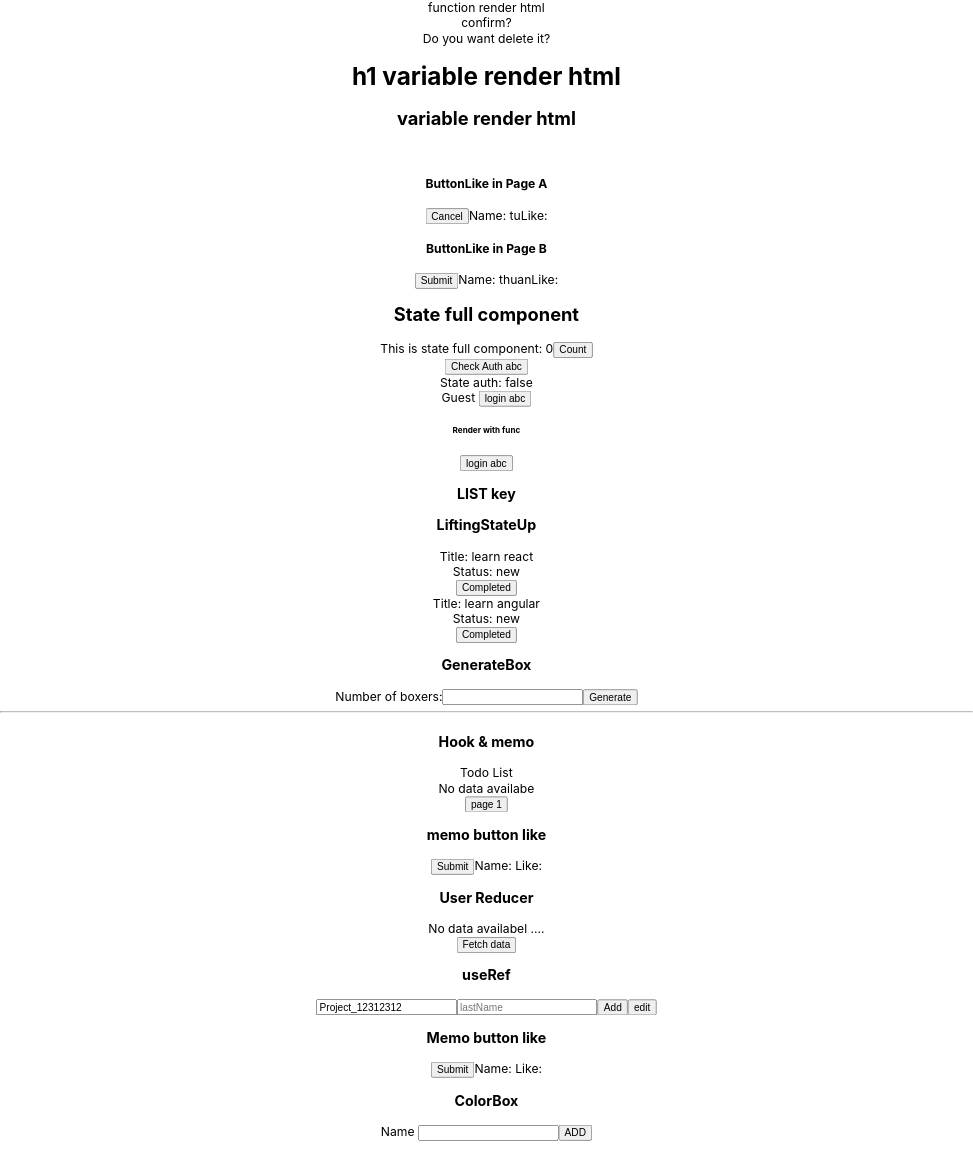
Repository: HoangTu18/reactjs-exercise
Page: /
An editor plug-in stored every save of this project. The page is shown before and after a run of saves, followed by the edit.
The browser window is 1280 px wide. The pictures show the whole page, at 76% of full size.
The page's requests for data from a server got no answer. The project was rebuilt for these pictures with package versions that can differ from the ones it lists, and the page was loaded fresh each time. No one was signed in, and anything a server would have sent is missing. Also part of the build but not shown: src/pages/StateObject.jsx, src/components/GenerateBox/GenerateBoxItem.jsx.

Above is the page before, as saved 2022-06-15 15:16:54.

After the next 2 saves:
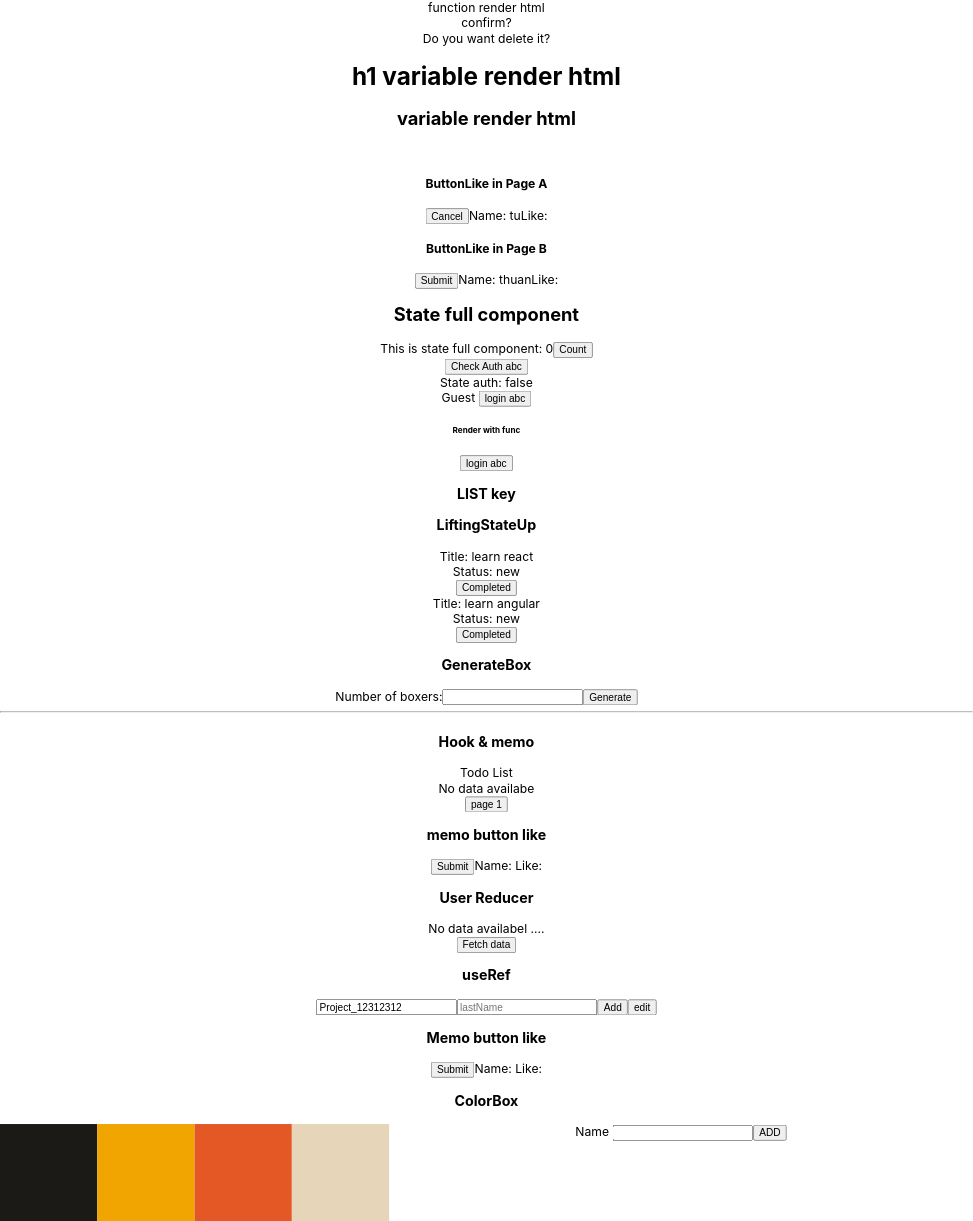
The 2 saves are shown as one change because they came seconds apart.
The last was saved 7 s later.
--- a/src/App.js
+++ b/src/App.js
@@ -10,6 +10,7 @@ import Hook from "./pages/Hook";
 import UserReduer from "./pages/UserReduer";
 import UseRef from "./components/useRef";
 import MoviesForm from "./components/movieForm";
+import ColorApp from "./exercise/ColorBox";
 function App() {
   const isLoading = true;
   // varible render html
@@ -62,6 +63,7 @@ function App() {
       <h3>Memo button like</h3>
       <ButtonLike />
       <h3>ColorBox</h3>
+      <ColorApp />
       <h3 />
       <MoviesForm />
     </div>

After the 2 saves that followed:
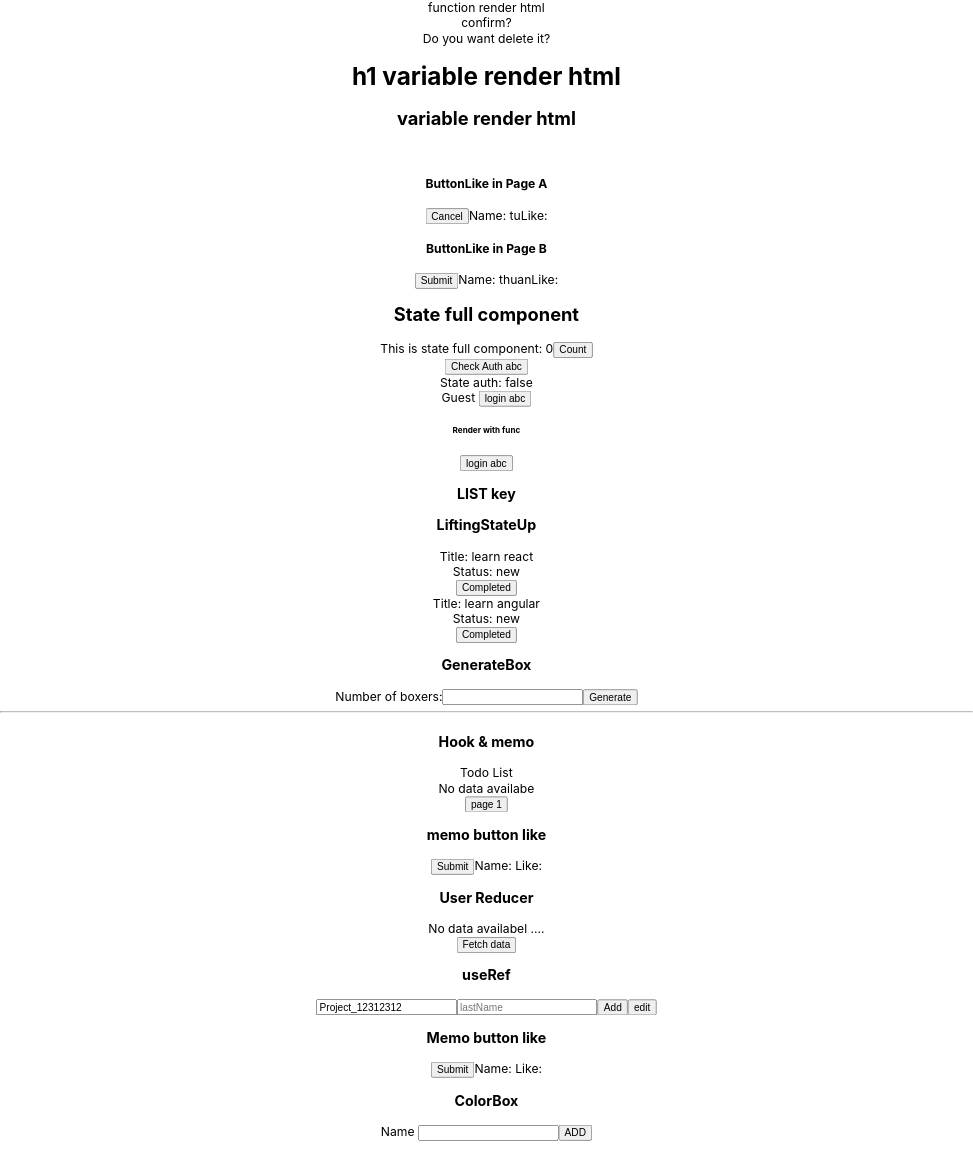
The 2 saves are shown as one change because 1 left the picture as it was.
The last was saved 8 min 2 s later.
--- a/src/components/ButtonLike.jsx
+++ b/src/components/ButtonLike.jsx
@@ -4,7 +4,7 @@ ButtonLike.propTypes = {};
 
 function ButtonLike({ text = "Submit", name, todoItem, like, ...props }) {
   return (
-    <div>
+    <div className="container">
       <button {...props}>{text}</button>
       Name: {name}
       {todoItem && (
--- a/src/exercise/ColorBox.jsx
+++ b/src/exercise/ColorBox.jsx
@@ -1,40 +1,7 @@
-import { useState } from "react";
-import styled from "styled-components";
+import React from "react";
 
-const colors = ["#1B1A17", "#F0A500", "#E45826", "#E6D5B8"];
+function ColorBox(props) {
+  return <div></div>;
+}
 
-const StyledDiv = styled.div`
-    padding: 4rem;
-    color: black;
-    float: left;
-    background: ${(props) => {
-      if (props.reset) {
-        return props.defaultbg;
-      }
-      return props.broadcastbg;
-    }}}
-`;
-
-const ColorApp = () => {
-  const [broadcastbg, setBroadcastbg] = useState("");
-  const [reset, setReset] = useState(true);
-  const emitBg = (color) => {
-    setBroadcastbg(color);
-    setReset((prevState) => !prevState);
-  };
-  return (
-    <div className="colorBox">
-      {colors.map((color) => (
-        <StyledDiv
-          key={color}
-          broadcastbg={broadcastbg}
-          defaultbg={color}
-          reset={reset}
-          onClick={() => emitBg(color)}
-        />
-      ))}
-    </div>
-  );
-};
-
-export default ColorApp;
+export default ColorBox;
